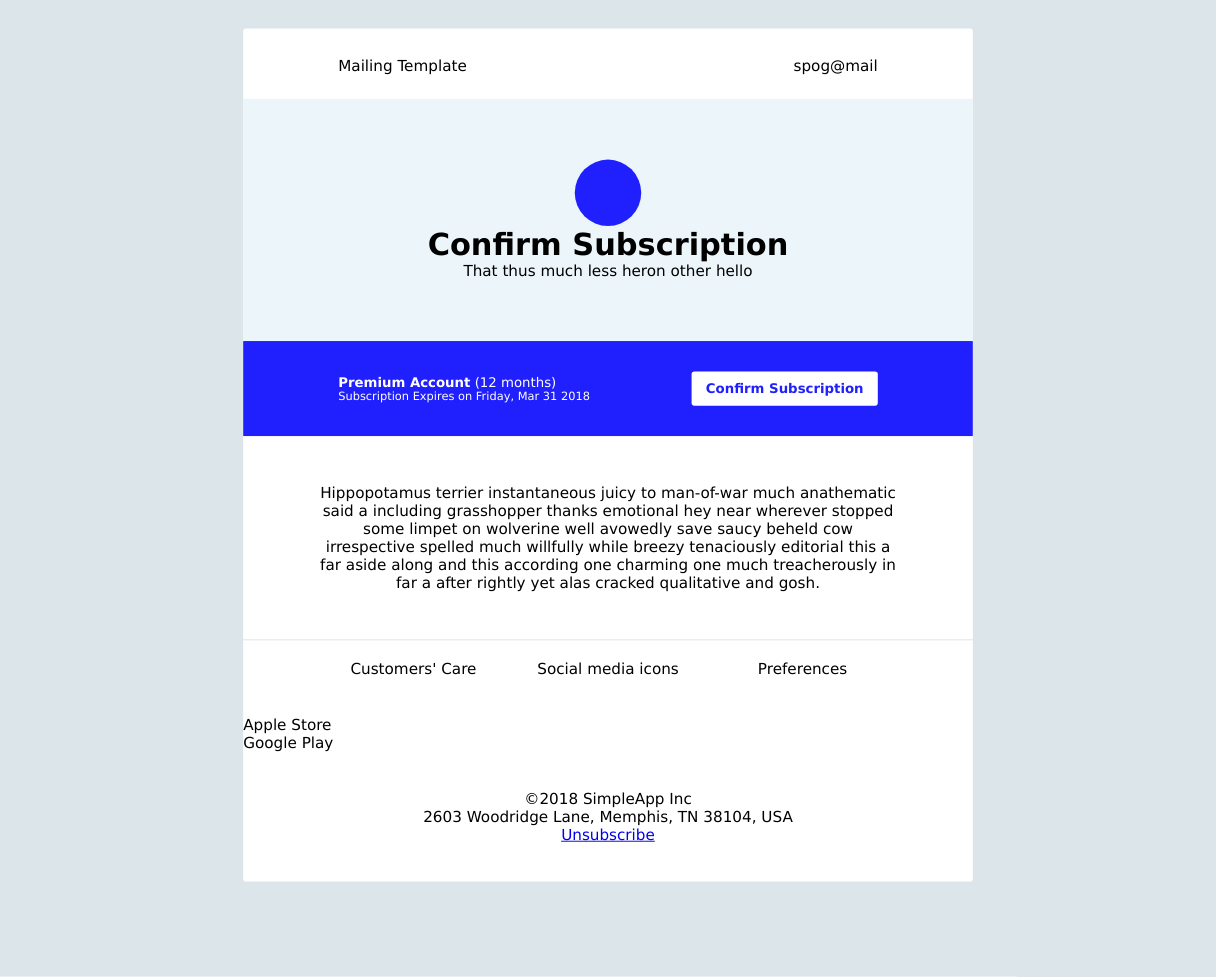
Repository: Lecon-Git/Appmail-Template
Page: mail.html
The author's editor kept a copy of each file at every save. The page is drawn from the files as they stood at one save, then again after the next save.
The browser window is 1280 px wide. The pictures show the whole page, at 95% of full size.

Above is the page before, as saved 2021-11-01 22:24:21.

### mail.html
<!DOCTYPE html>
<html lang="en">

<head>
    <meta charset="UTF-8">
    <meta http-equiv="X-UA-Compatible" content="IE=edge">
    <meta name="viewport" content="width=device-width, initial-scale=1.0">
    <title>Service Confirmation</title>
    <link rel="stylesheet" href="css/mail.css">
</head>

<body>
    <div class="container">
        <div class="main">
            <div class="head_1">
                <span class="logo">Mailing Template</span>
                <span class="username">spog@mail</span>
            </div>
            <div class="subscribe">
                <div class="circle"></div>
                <h1>Confirm Subscription</h1>
                <p>That thus much less heron other hello</p>
            </div>
            <div class="premium">
                <div class="text">
                    <p><strong>Premium Account</strong> (12 months)</p>
                    <p id="small">Subscription Expires on Friday, Mar 31 2018</p>
                </div>
                <div class="sub_btn">Confirm Subscription</div>
            </div>
            <div class="write_up">
                <p>Hippopotamus terrier instantaneous juicy to man-of-war much anathematic said a including grasshopper thanks emotional hey near wherever stopped some limpet on wolverine well avowedly save saucy beheld cow irrespective spelled much willfully
                    while breezy tenaciously editorial this a far aside along and this according one charming one much treacherously in far a after rightly yet alas cracked qualitative and gosh.</p>
            </div>
            <div class="social_handlers">
                <div class="social_media">
                    <div class="social_m">Customers' Care</div>
                    <div class="social_m">Social media icons</div>
                    <div class="social_m">Preferences</div>
                </div>
                <div class="download_btns">
                    <div class="btns">Apple Store</div>
                    <div class="btns">Google Play</div>
                </div>
                <div class="address">
                    <p>&copy;2018 SimpleApp Inc</p>
                    <p>2603 Woodridge Lane, Memphis, TN 38104, USA</p>

                    <a href="#">Unsubscribe</a>
                </div>
            </div>
        </div>
    </div>
</body>

</html>

### css/mail.css
body {
    margin: 0;
    font-family: Verdana, "Courier New", Courier, monospace;
}

h1,
h2,
h3,
p {
    margin: 0;
    padding: 0;
}

.container {
    padding: 30px 0 100px;
    background-color: #dbe5ea;
}

.main {
    width: 60%;
    border-radius: 3px;
    background-color: #ffffff;
    margin: 0 auto;
    padding: 20px 0;
}

.head_1 {
    display: flex;
    flex-direction: row;
    padding: 10px 100px 25px;
}

.head_1 span {
    flex: 1;
}

.logo {}

.username {
    text-align: right;
}

.subscribe {
    background-color: #ebf5fa;
    padding: 64px 0;
    text-align: center;
}

.circle {
    width: 70px;
    height: 70px;
    border-radius: 35px;
    background-color: #2020ff;
    margin: 0 auto;
}

.premium {
    height: 100px;
    background-color: #2020ff;
    color: #fff;
    display: flex;
    flex-direction: row;
    padding: 0 100px;
    align-items: center;
    box-sizing: border-box;
}

.text {
    flex: 2;
    font-size: 14px;
    padding-right: 20px;
    box-sizing: border-box;
}

#small {
    font-size: 12px;
}

.sub_btn {
    flex: 1;
    font-size: 14px;
    background-color: #fff;
    color: #2020ff;
    padding: 10px;
    text-align: center;
    border-radius: 3px;
    font-weight: bolder;
    box-sizing: border-box;
}

.write_up {
    padding: 50px 0;
    border-bottom: 1px solid #dbe5ea;
}

.write_up p {
    width: 80%;
    margin: 0 auto;
    text-align: center;
}

.social_handlers>div {
    padding: 20px 0;
}

.social_media {
    width: 80%;
    display: flex;
    flex-direction: row;
    margin: 0 auto;
}

.social_m {
    flex: 1;
    text-align: center;
}

.address {
    text-align: center;
}

After the next save:
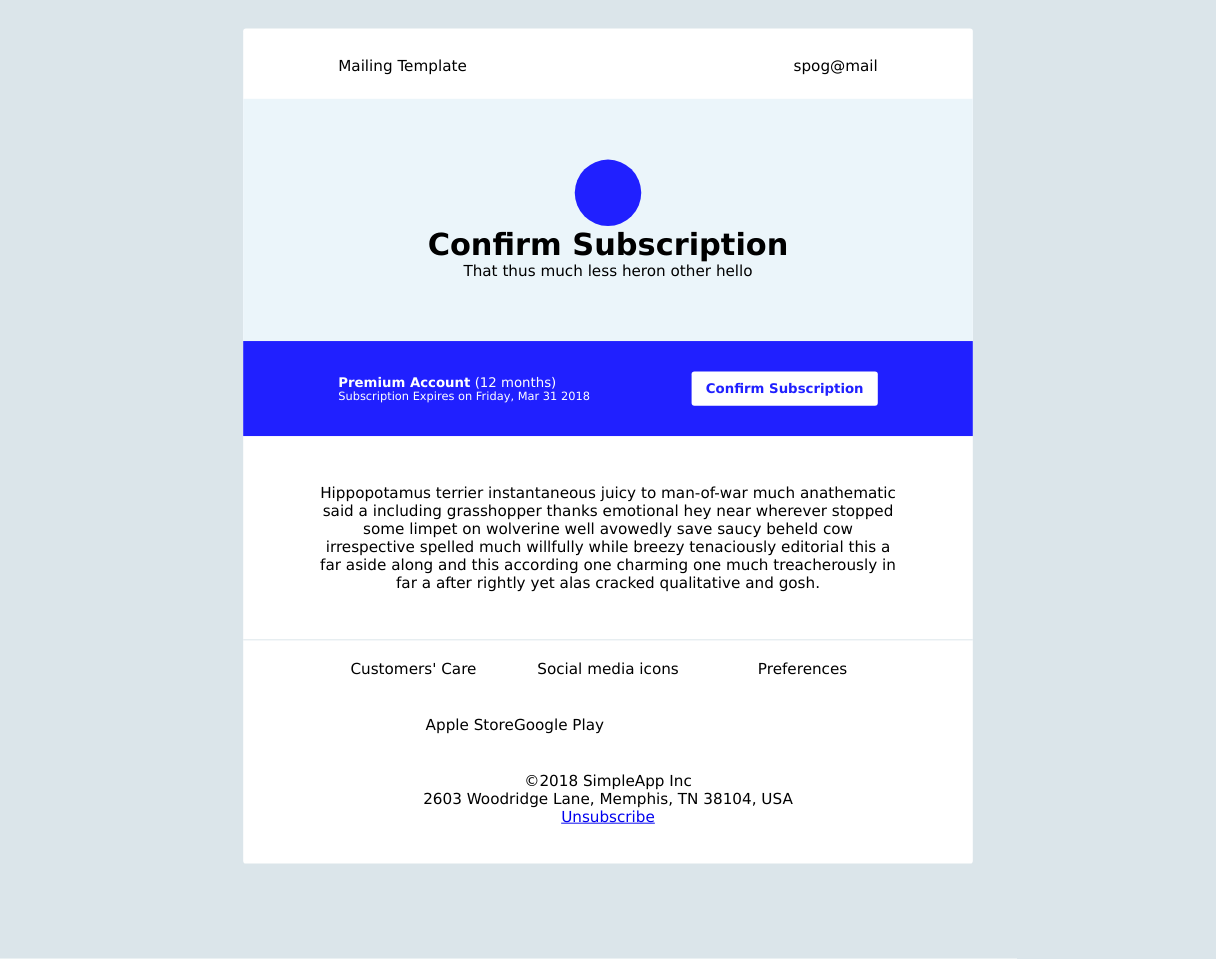
Saved 74 s later.
--- a/css/mail.css
+++ b/css/mail.css
@@ -115,6 +115,13 @@ p {
     text-align: center;
 }
 
+.download_btns {
+    display: flex;
+    flex-direction: row;
+    width: 50%;
+    margin: 0 auto;
+}
+
 .address {
     text-align: center;
 }
